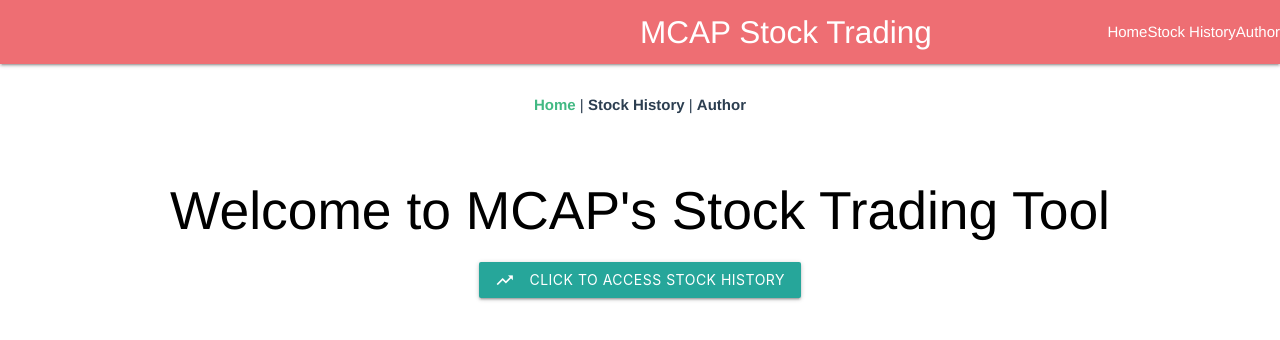
Repository: pandyarudra/stock-symbol-app
Page: /
The author's editor kept a copy of each file at every save. The page is drawn from the files as they stood at one save, then again after the next save.
The browser window is 1280 px wide. The pictures show the whole page.
The project was rebuilt for these pictures with package versions that can differ from the ones it lists, and the page was loaded fresh each time.

Above is the page before, as saved 2020-09-14 22:16:42.

### public/index.html
<!DOCTYPE html>
<html lang="en">
  <head>
    <meta charset="utf-8">
    <meta http-equiv="X-UA-Compatible" content="IE=edge">
    <meta name="viewport" content="width=device-width,initial-scale=1.0">
    <link href="https://fonts.googleapis.com/icon?family=Material+Icons" rel="stylesheet">

    <link rel="icon" href="<%= BASE_URL %>favicon.ico">
    <title><%= htmlWebpackPlugin.options.title %></title>
  </head>
  <body>
    <noscript>
      <strong>We're sorry but <%= htmlWebpackPlugin.options.title %> doesn't work properly without JavaScript enabled. Please enable it to continue.</strong>
    </noscript>
    <div id="app"></div>
    <!-- built files will be auto injected -->
  </body>
</html>

### src/main.js
import Vue from 'vue';
import App from './App.vue';
import router from './router';
import 'materialize-css';
import 'materialize-css/dist/css/materialize.min.css';

Vue.config.productionTip = false;

new Vue({
  router,
  render: h => h(App)
}).$mount('#app');

### src/App.vue
<template>
  <div id="app">
    <TopNav />
    <div id="nav">
      <router-link to="/">Home</router-link> |
      <router-link to="/stockHistory">Stock History</router-link> |
      <router-link to="/about">Author</router-link>
    </div>
    <router-view/>
  </div>
</template>


<script>
import M from 'materialize-css';
import TopNav from '@/components/TopNav.vue'

export default {
  mounted() {
    M.AutoInit();
  },
  components: {
    TopNav
  }
}
</script>

<style lang="scss">

  // $primary-color: color("materialize-red", "lighten-2") !default;
  // $primary-color-light: false !default;
  // $primary-color-dark: false !default;
  // @if not $primary-color-light {
  //   $primary-color-light: lighten($primary-color, 15%);
  // }
  // @if not $primary-color-dark {
  //   $primary-color-dark: darken($primary-color, 15%);
  // }
  // $secondary-color: color("teal", "lighten-1") !default;
  // $success-color: color("green", "base") !default;
  // $error-color: color("red", "base") !default;
  // $link-color: color("light-blue", "darken-1") !default;

#app {

  font-family: Avenir, Helvetica, Arial, sans-serif;
  -webkit-font-smoothing: antialiased;
  -moz-osx-font-smoothing: grayscale;
  text-align: center;
  color: #2c3e50;
}

#nav {
  padding: 30px;

  a {
    font-weight: bold;
    color: #2c3e50;

    &.router-link-exact-active {
      color: #42b983;
    }
  }
}
</style>

### src/router/index.js
import Vue from 'vue'
import VueRouter from 'vue-router'

Vue.use(VueRouter)

const routes = [
  {
    path: '/',
    name: 'WelcomePage',
    component: () => import(/* webpackChunkName: "about" */ '../views/WelcomePage.vue')
  },
  {
    path: '/about',
    name: 'About',
    // route level code-splitting
    // this generates a separate chunk (about.[hash].js) for this route
    // which is lazy-loaded when the route is visited.
    component: () => import(/* webpackChunkName: "about" */ '../views/About.vue')
  }
]

const router = new VueRouter({
  routes
})

export default router

### src/components/TopNav.vue
<template>
     <nav>
    <div class="nav-wrapper">
      <a href="#" class="brand-logo left">MCAP Stock Trading</a>
      <ul id="nav-mobile" class="right hide-on-med-and-down">
        <router-link to="/" tag="li">Home</router-link>
        <router-link to="/stockHistory" tag="li">Stock History</router-link>
        <router-link to="/author" tag="li">Author</router-link>
        <!-- <router-link to="/foo" tag="li">Rudra</router-link> -->

      </ul>
    </div>
  </nav>
</template>

### src/views/WelcomePage.vue
<template>
<div class="row">
    <h2 class="left col s12">Welcome to MCAP's Stock Trading Tool
    </h2>
    <button class="btn waves-effect waves-light"><i class="material-icons left">trending_up</i>Click to Access Stock History</button>
</div>
</template>


<script>
export default {
  name: 'WelcomePage',
  props: {
    msg: String
  }
}
</script>

<!-- Add "scoped" attribute to limit CSS to this component only -->
<style scoped lang="scss">
  div {
      color: black;
      text-align: center;
  }
</style>

After the next save:
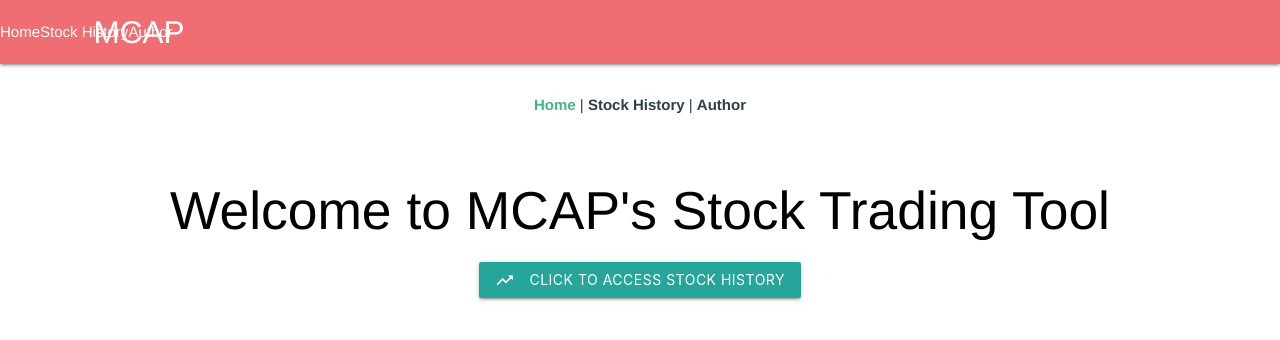
Saved 9 s later.
--- a/src/components/TopNav.vue
+++ b/src/components/TopNav.vue
@@ -1,7 +1,7 @@
 <template>
      <nav>
-    <div class="nav-wrapper">
-      <a href="#" class="brand-logo left">MCAP Stock Trading</a>
+    <div class="nav-wrapper left">
+      <a href="#" class="brand-logo ">MCAP Stock Trading</a>
       <ul id="nav-mobile" class="right hide-on-med-and-down">
         <router-link to="/" tag="li">Home</router-link>
         <router-link to="/stockHistory" tag="li">Stock History</router-link>

After the save that followed:
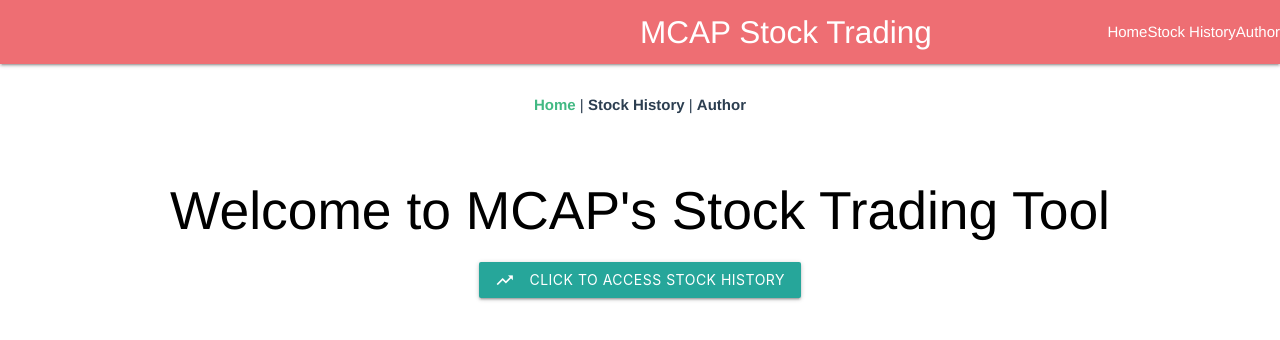
Saved 6 s later.
--- a/src/components/TopNav.vue
+++ b/src/components/TopNav.vue
@@ -1,6 +1,6 @@
 <template>
      <nav>
-    <div class="nav-wrapper left">
+    <div class="nav-wrapper center">
       <a href="#" class="brand-logo ">MCAP Stock Trading</a>
       <ul id="nav-mobile" class="right hide-on-med-and-down">
         <router-link to="/" tag="li">Home</router-link>
